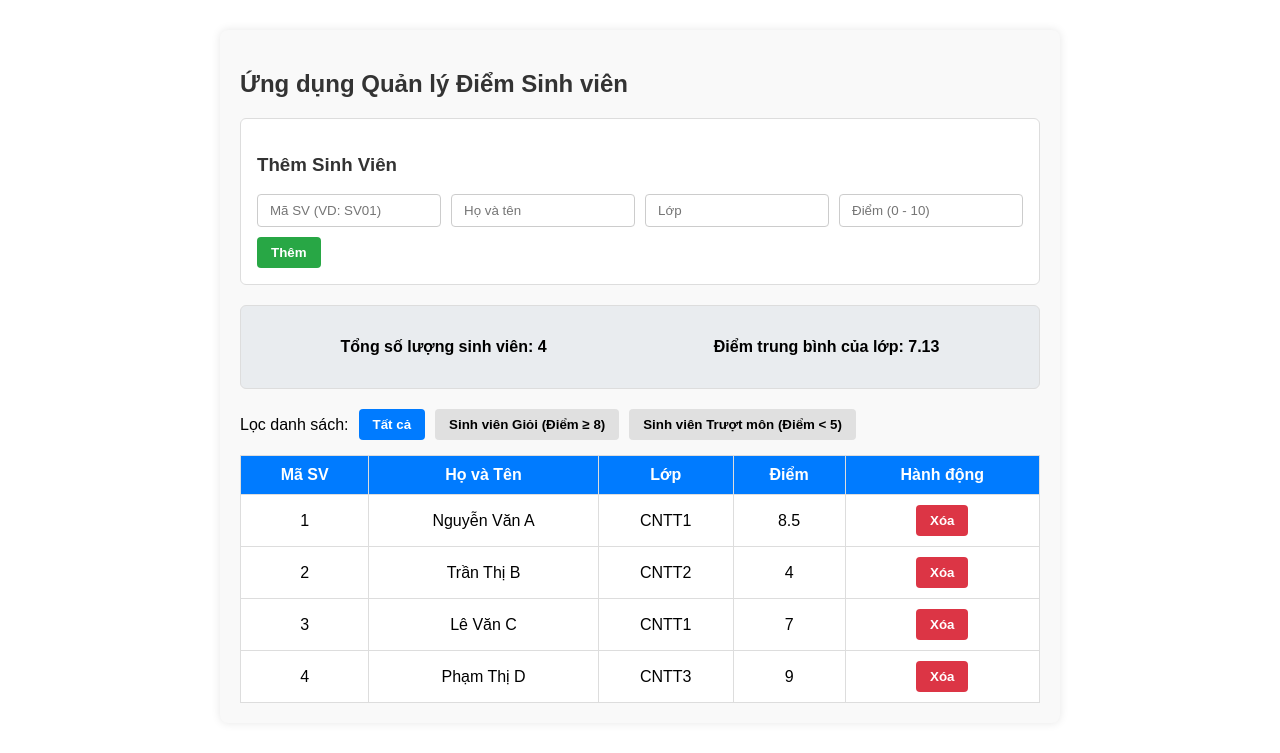
Repository: bachphamudu/B25DCCC030
Page: /
An editor plug-in stored every save of this project. The page is shown before and after the next save, followed by the edit.
The browser window is 1280 px wide. The pictures show the whole page.
The project was rebuilt for these pictures with package versions that can differ from the ones it lists, and the page was loaded fresh each time.

Above is the page before, as saved 2026-10-15 09:52:41.

After the next save:
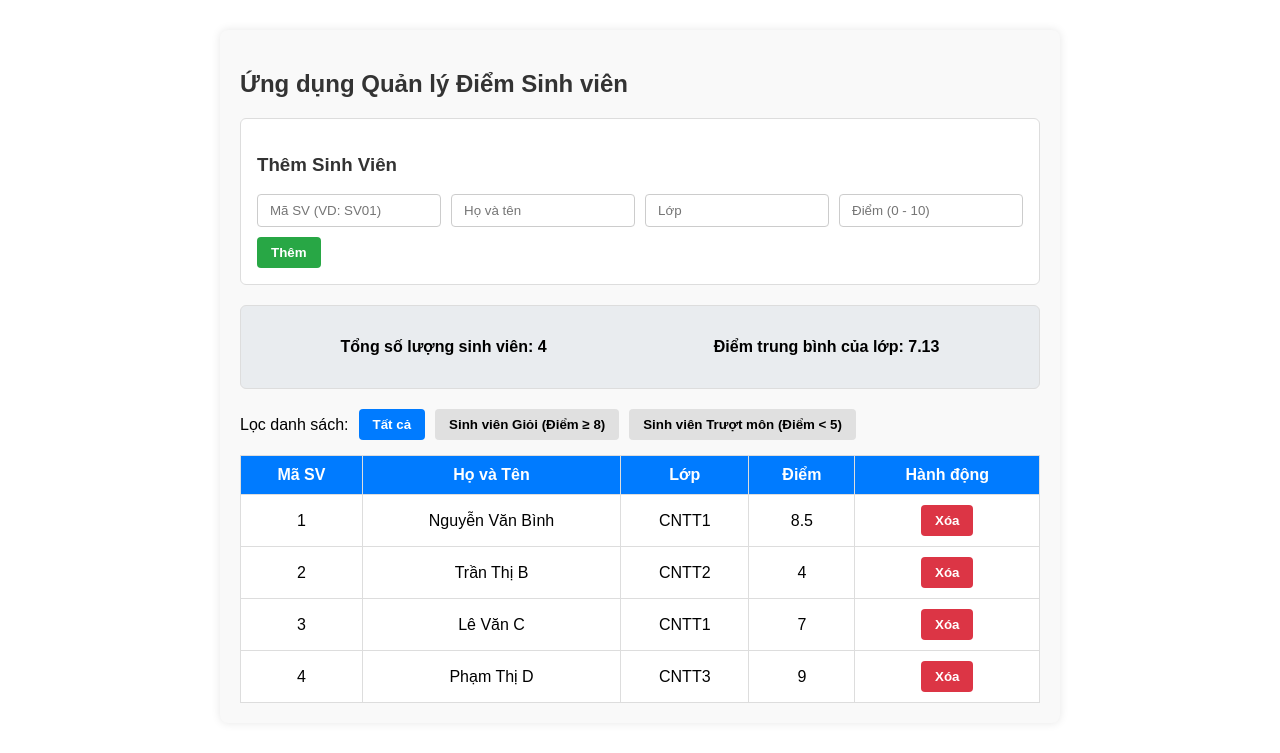
Saved 16 s later.
--- a/src/App.js
+++ b/src/App.js
@@ -53,7 +53,7 @@ const StudentTable = (sql) => {
 
 const App = () => {
   const [students, setStudents] = useState([
-    { id: '1', name: 'Nguyễn Văn A', score: 8.5, className: 'CNTT1' },
+    { id: '1', name: 'Nguyễn Văn Bình', score: 8.5, className: 'CNTT1' },
     { id: '2', name: 'Trần Thị B', score: 4.0, className: 'CNTT2' },
     { id: '3', name: 'Lê Văn C', score: 7.0, className: 'CNTT1' },
     { id: '4', name: 'Phạm Thị D', score: 9.0, className: 'CNTT3' },
